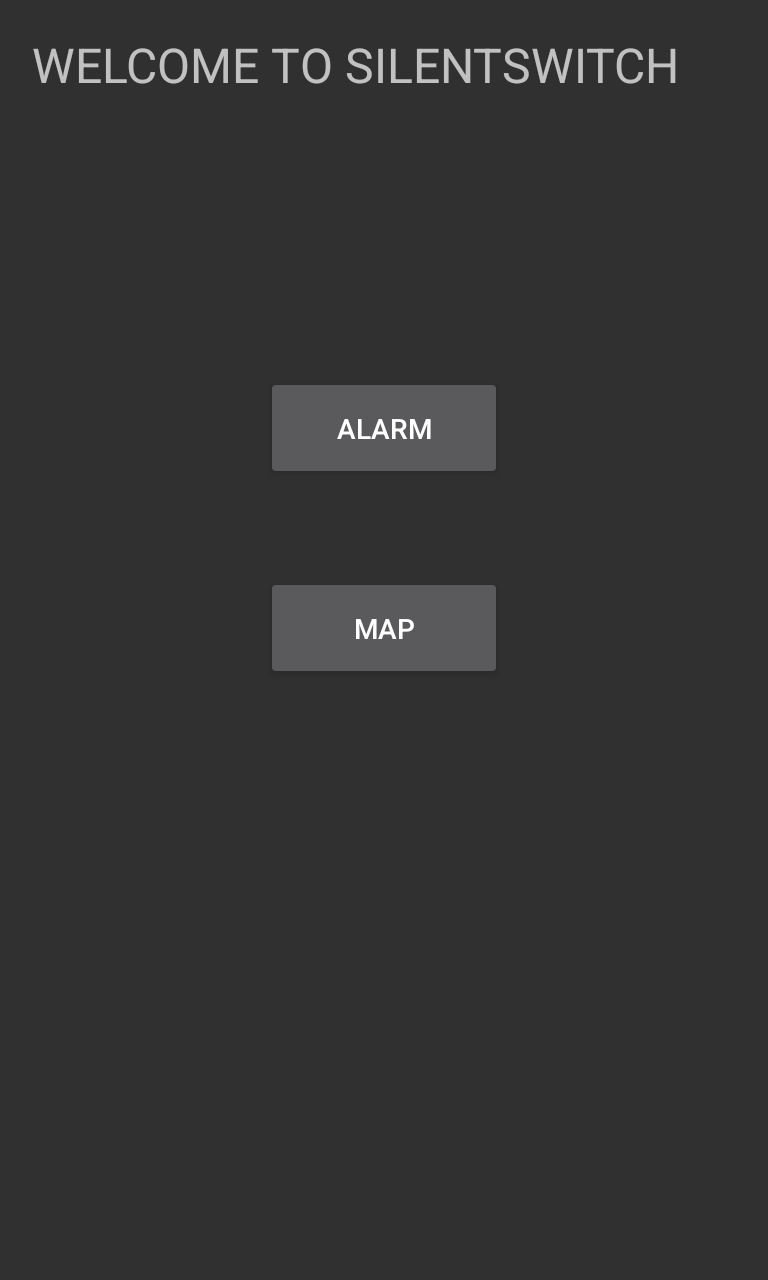
Repository: karakor/SilentSwitch2
Layout: SilentSwitch/res/layout/activity_main.xml
The author's editor kept a copy of each file at every save. The layout is drawn from the files as they stood at one save, then again after the next save.
It is drawn on a 768 x 1280 px phone screen (xhdpi) without system bars, with theme Theme.AppCompat; the app's code is not run.

Above is the layout before, as saved 2015-03-02 10:34:35.

### SilentSwitch/res/layout/activity_main.xml
<RelativeLayout xmlns:android="http://schemas.android.com/apk/res/android"
    xmlns:tools="http://schemas.android.com/tools"
    android:layout_width="match_parent"
    android:layout_height="match_parent"
    android:paddingBottom="@dimen/activity_vertical_margin"
    android:paddingLeft="@dimen/activity_horizontal_margin"
    android:paddingRight="@dimen/activity_horizontal_margin"
    android:paddingTop="@dimen/activity_vertical_margin"
    tools:context="com.example.silentswitch.MainActivity" >

    <TextView
        android:id="@+id/textView1"
        android:layout_width="wrap_content"
        android:layout_height="wrap_content"
        android:text="@string/hello_world"
        android:textSize="24sp" />

    <Button
        android:id="@+id/Alarm_btn"
        android:layout_width="wrap_content"
        android:layout_height="wrap_content"
        android:layout_below="@+id/textView1"
        android:layout_centerHorizontal="true"
        android:layout_marginTop="138dp"
        android:height="55dp"
        android:text="@string/Alarm_btn"
        android:width="120dp" />

    <Button
        android:id="@+id/Map_btn"
        android:layout_width="wrap_content"
        android:layout_height="wrap_content"
        android:layout_alignLeft="@+id/Alarm_btn"
        android:layout_below="@+id/Alarm_btn"
        android:layout_marginTop="45dp"
        android:height="55dp"
        android:text="@string/Map_btn"
        android:width="120dp" />

</RelativeLayout>

### SilentSwitch/res/values/strings.xml
<?xml version="1.0" encoding="utf-8"?>
<resources>

    <string name="app_name">SilentSwitch</string>
    <string name="hello_world">WELCOME TO SILENTSWITCH</string>
    <string name="action_settings">Settings</string>
    <string name="Alarm_btn">ALARM</string>
    <string name="Map_btn">MAP</string>
    <string name="title_activity_map__screen">Map_Screen</string>
    <string name="btn_City">City</string>
    <string name="str_rb_normal">Normal</string>
    <string name="str_rb_satellite">Satellite</string>
    <string name="menu_settings">Settings</string>
    <string name="str_rb_terrain">Terrain</string>
    <string name="title_activity_alarm_screen">AlarmScreen</string>

</resources>

Loaded but not shown: SilentSwitch/res/values/dimens.xml (common file); SilentSwitch/res/values-w820dp/dimens.xml (common file)

After the next save:
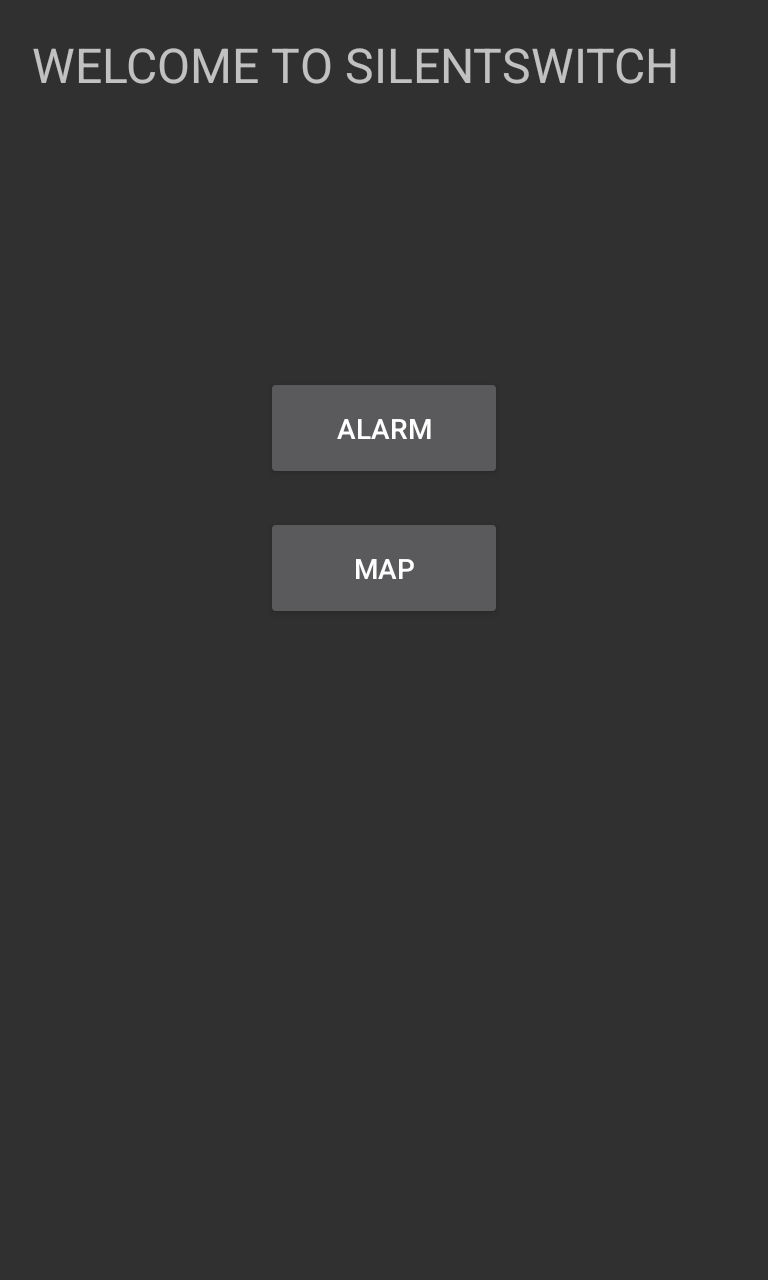
Saved 78 s later.
--- a/SilentSwitch/res/layout/activity_main.xml
+++ b/SilentSwitch/res/layout/activity_main.xml
@@ -32,7 +32,7 @@
         android:layout_height="wrap_content"
         android:layout_alignLeft="@+id/Alarm_btn"
         android:layout_below="@+id/Alarm_btn"
-        android:layout_marginTop="45dp"
+        android:layout_marginTop="15dp"
         android:height="55dp"
         android:text="@string/Map_btn"
         android:width="120dp" />
